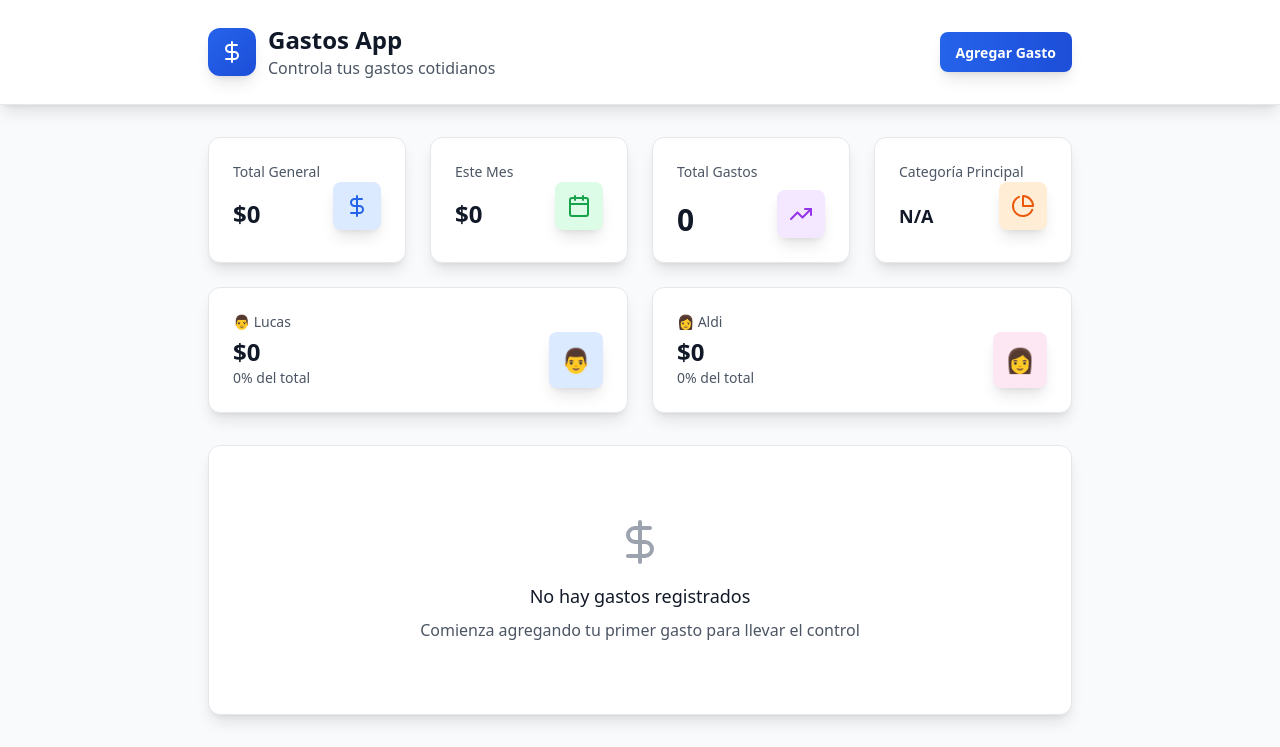
Repository: lucastenaglia/Gastosapp
Page: /
An editor plug-in stored every save of this project. The page is shown before and after the next save, followed by the edit.
The browser window is 1280 px wide. The pictures show the whole page.
The page's requests for data from a server got no answer. The project was rebuilt for these pictures with package versions that can differ from the ones it lists, and the page was loaded fresh each time. No one was signed in, and anything a server would have sent is missing. Also part of the build but not shown: vite.config.js, src/components/ExpenseForm.jsx.

Above is the page before, as saved 2025-08-03 21:43:00.

After the next save:
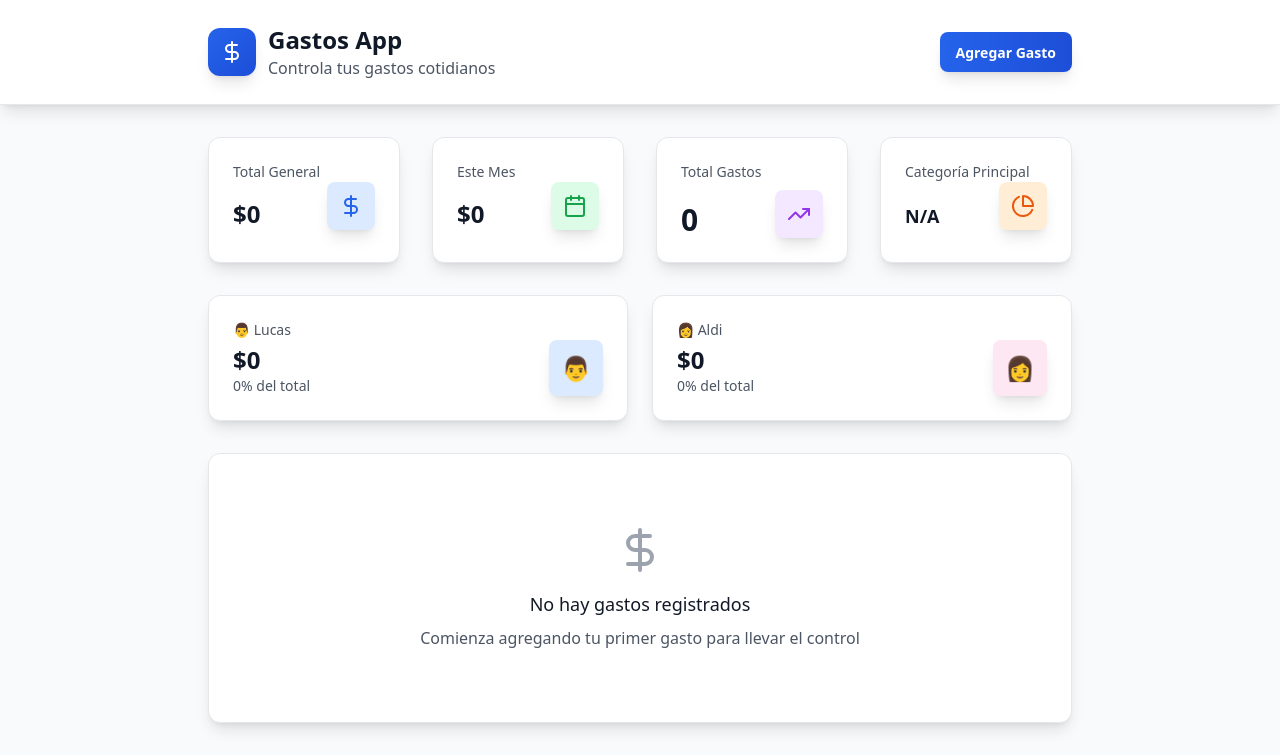
Saved 42 s later.
--- a/src/components/ExpenseSummary.jsx
+++ b/src/components/ExpenseSummary.jsx
@@ -36,9 +36,9 @@ const ExpenseSummary = ({ expenses }) => {
   }
 
   return (
-    <div className="space-y-4 sm:space-y-6">
+    <div className="space-y-4 sm:space-y-8">
       {/* Primera fila - Estadísticas generales */}
-      <div className="grid grid-cols-2 lg:grid-cols-4 gap-3 sm:gap-6">
+      <div className="grid grid-cols-2 lg:grid-cols-4 gap-3 sm:gap-6 lg:gap-8">
                  {/* Total General */}
          <div className="card relative p-4 sm:p-6">
            <div>
